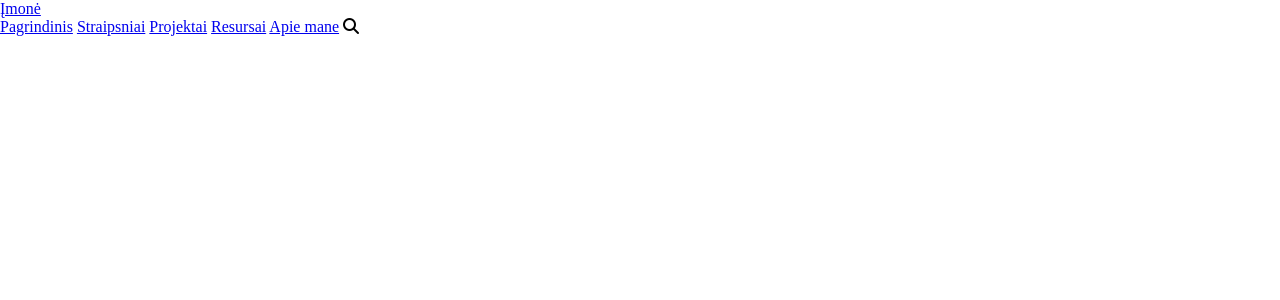
Repository: motiejus1/14-paskaita-05.31
Page: index.html
These files come from the project's save history. The page is drawn as it stood at one moment and after a run of saves; the edit follows.
The browser window is 1280 px wide. The pictures show the whole page.
Some web libraries are served in a nearby version.

Above is the page before, as saved 2021-06-23 18:34:47.

### index.html
<!DOCTYPE html>
<html lang="en">
<head>
    <meta charset="UTF-8">
    <meta http-equiv="X-UA-Compatible" content="IE=edge">
    <meta name="viewport" content="width=device-width, initial-scale=1.0">
    <title>14 paskaita</title>

    <link rel="stylesheet" href="http://maxcdn.bootstrapcdn.com/font-awesome/latest/css/font-awesome.min.css">
    <style>
        html {
            font-size: 16px;
        }

        body {
            max-width: 1920px;
            margin: 0 auto;
            font-family: ;
        }
    </style>
</head>
<body>
    <div class="container">
        <div class="navbar-component">
            <div class="navbar area">
                <a href="#" class="brand">Įmonė</a>

                <nav id="navigation" class="list">
                    <a href="#" class="item -link">Pagrindinis</a>
                    <a href="#" class="item -link" >Straipsniai</a>
                    <a href="#" class="item -link">Projektai</a>
                    <a href="#"class="item -link">Resursai</a>
                    <a href="#" class="item -link">Apie mane</a>
                    <span class="item">
                        <i class="fa fa-search"></i>
                    </span>
                </nav>
            </div>

        </div>
    </div>

</body>
</html>

After the next 2 saves:
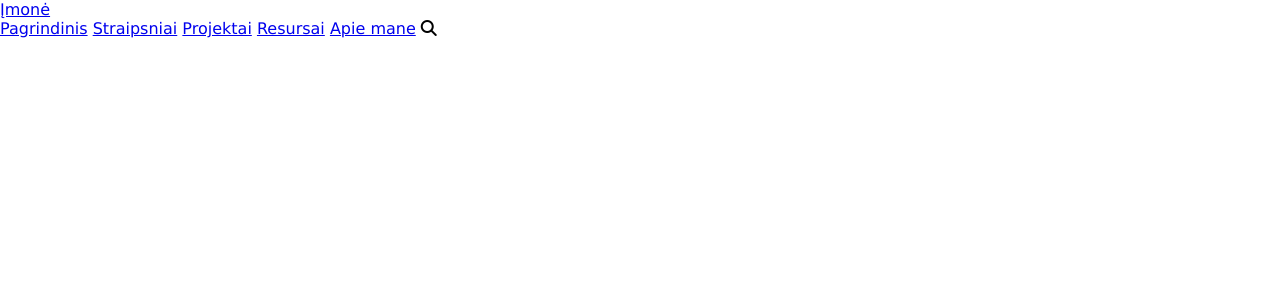
The 2 saves are shown as one change because they came seconds apart.
The last was saved 8 s later.
--- a/index.html
+++ b/index.html
@@ -15,7 +15,7 @@
         body {
             max-width: 1920px;
             margin: 0 auto;
-            font-family: ;
+            font-family: Verdana, Geneva, Tahoma, sans-serif;
         }
     </style>
 </head>
